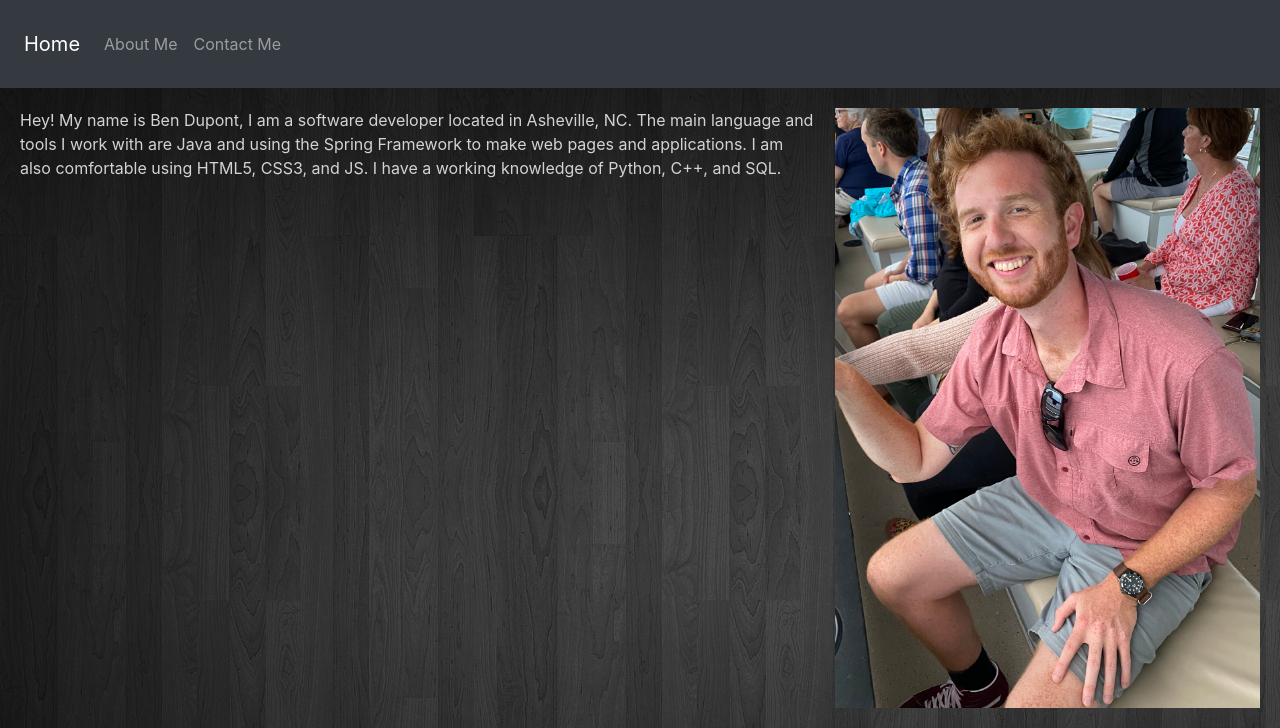
Repository: dupbd/portfolioWebPage
Page: BensSite/src/main/resources/static/aboutMe.html
An editor plug-in stored every save of this project. The page is shown before and after the next save, followed by the edit.
The browser window is 1280 px wide. The pictures show the whole page.

Above is the page before, as saved 2021-02-07 18:52:19.

### BensSite/src/main/resources/static/aboutMe.html
<!DOCTYPE html>
<html>
<head>
	<title>Ben Dupont</title>
	<link rel="stylesheet" href="style.css">
	<link rel="stylesheet" href="https://cdn.jsdelivr.net/npm/bootstrap@4.5.3/dist/css/bootstrap.min.css" integrity="sha384-TX8t27EcRE3e/ihU7zmQxVncDAy5uIKz4rEkgIXeMed4M0jlfIDPvg6uqKI2xXr2" crossorigin="anonymous">
</head>
<body>

	<nav class="navbar navbar-expand-lg navbar-dark bg-dark p-4">
  <button class="navbar-toggler" type="button" data-toggle="collapse" data-target="#navbarTogglerDemo03" aria-controls="navbarTogglerDemo03" aria-expanded="false" aria-label="Toggle navigation">
    <span class="navbar-toggler-icon"></span>
  </button>
  <a class="navbar-brand" href="index.html">Home</a>

  <div class="collapse navbar-collapse" id="navbarTogglerDemo03">
  <ul class="navbar-nav mr-auto mt-2 mt-lg-0">
    <li class="nav-item">
      <a class="nav-link" href="aboutMe.html">About Me</a>
    </li>
    <li class="nav-item">
    <a class="nav-link" href="contact.html">Contact Me<span class="sr-only">(current)</span></a>
  </li>
  </ul>
</div>
</nav>



<img class="me" src="me.jpeg" alt="It's Me" width="425" height="600" style="margin:20px; float:right;">

<p class="aboutme" style="margin:20px;">Hey! My name is Ben Dupont, I am a software developer located in Asheville, NC.
The main language and tools I work with are Java and using the Spring Framework to make web pages and applications.
I am also comfortable using HTML5, CSS3, and JS. I have a working knowledge of Python, C++, and SQL.
</p>



</body>

</html>

### BensSite/src/main/resources/static/style.css
#resume {
	 display: block;
  margin-left: auto;
  margin-right: auto;

}
.card {
	margin-left: 100px;
	margin-top: 0px;
	margin-bottom: 50px;


	}


body {
	background-image: url("background.jpg") !important;
	overflow: auto;
	}

.jumbotron {
	background: none !important;
	margin-bottom: 0px !important;
	}

.lead {
	color: lightgrey;
	}

.display-4 {
	color: white;
	}

.aboutme {
	color: lightgrey;
	margin-left: 15px;
	}

After the next save:
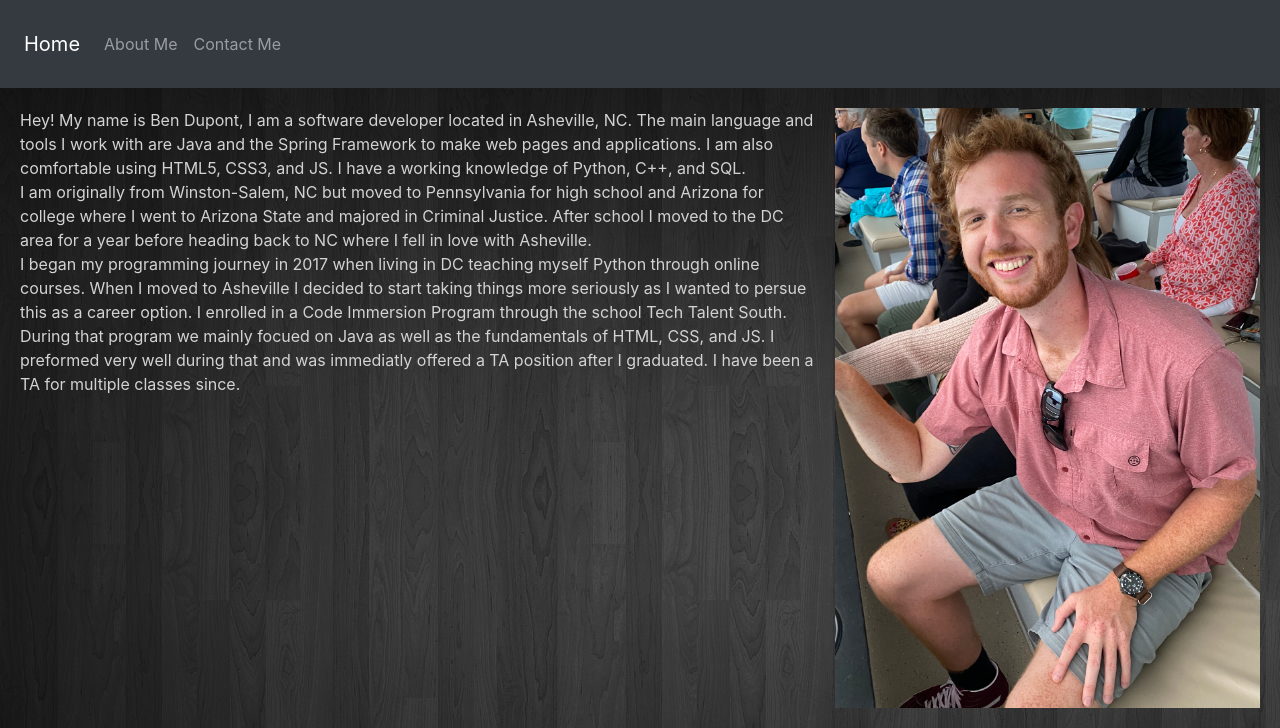
Saved 5 min 21 s later.
--- a/BensSite/src/main/resources/static/aboutMe.html
+++ b/BensSite/src/main/resources/static/aboutMe.html
@@ -30,9 +30,16 @@
 <img class="me" src="me.jpeg" alt="It's Me" width="425" height="600" style="margin:20px; float:right;">
 
 <p class="aboutme" style="margin:20px;">Hey! My name is Ben Dupont, I am a software developer located in Asheville, NC.
-The main language and tools I work with are Java and using the Spring Framework to make web pages and applications.
+The main language and tools I work with are Java and the Spring Framework to make web pages and applications.
 I am also comfortable using HTML5, CSS3, and JS. I have a working knowledge of Python, C++, and SQL.
-</p>
+<br>I am originally from Winston-Salem, NC but moved to Pennsylvania for high school and Arizona for college where I went to
+Arizona State and majored in Criminal Justice. After school I moved to the DC area for a year before heading back to NC where I fell in
+love with Asheville.
+<br>I began my programming journey in 2017 when living in DC teaching myself Python through online courses. When I moved to
+Asheville I decided to start taking things more seriously as I wanted to persue this as a career option. I enrolled in a
+Code Immersion Program through the school Tech Talent South. During that program we mainly focued on Java as well as the fundamentals
+of HTML, CSS, and JS. I preformed very well during that and was immediatly offered a TA position after I graduated.
+I have been a TA for multiple classes since.</p>
 
 
 
